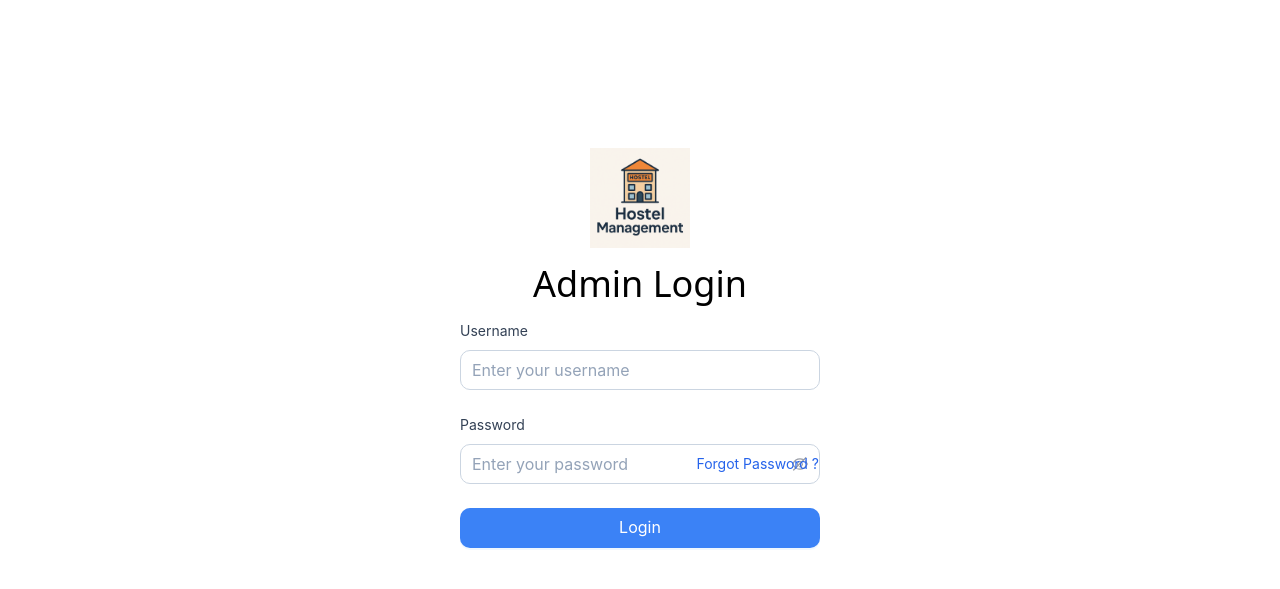
Repository: sujal984/Hostel-Management-System
Page: /Admin/login (app in frontend/)
The author's editor kept a copy of each file at every save. The page is drawn from the files as they stood at one save, then again after the next save.
The browser window is 1280 px wide. The pictures show the whole page.
The project was rebuilt for these pictures with package versions that can differ from the ones it lists, and the page was loaded fresh each time. Also part of the build but not shown: frontend/vite.config.js, frontend/src/components/ProtectedRoute.jsx, frontend/src/components/Acceptedapplication.jsx, frontend/src/components/AdminDashboard.jsx, frontend/src/components/StepForms.jsx, frontend/src/components/ApplicationForm.jsx, frontend/src/components/TrackStatus.jsx, frontend/src/components/Temporary.jsx and 3 more.

Above is the page before, as saved 2025-08-02 17:28:05.

After the next save:
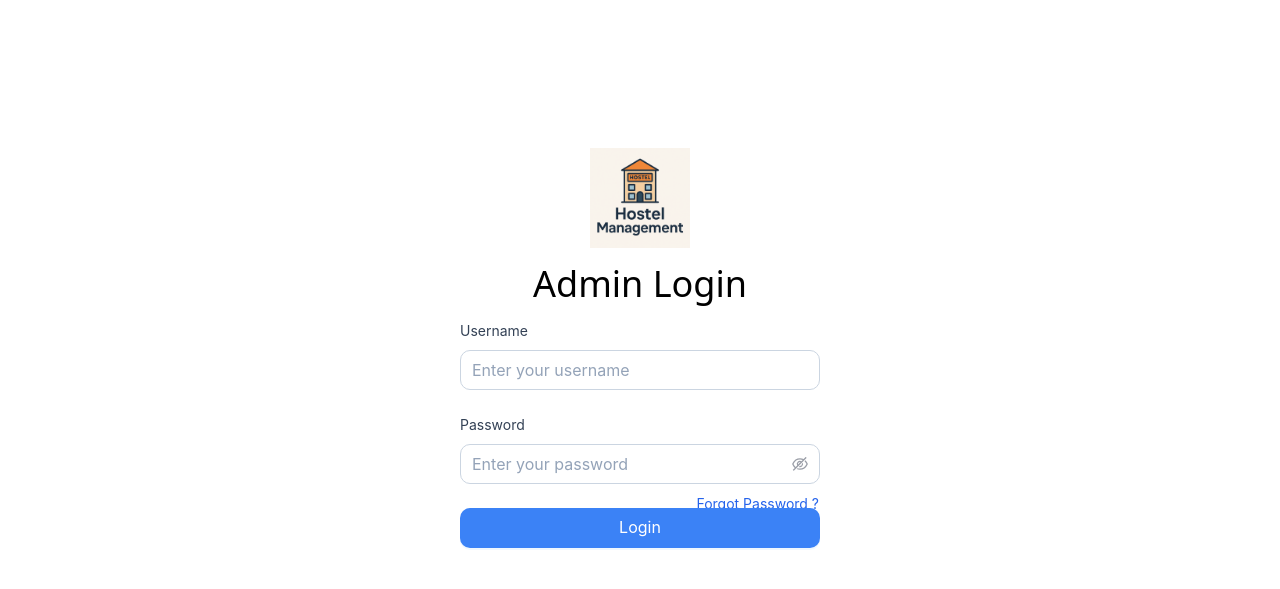
Saved 6 s later.
--- a/frontend/src/components/AdminLogin.jsx
+++ b/frontend/src/components/AdminLogin.jsx
@@ -103,7 +103,7 @@ function AdminLogin() {
                   <Button
                     type="link"
                     href={ROUTES.ForgotPassword}
-                    className="!absolute top-0 right-0 !pr-0 "
+                    className="!absolute top-10 right-0 !pr-0 "
                   >
                     Forgot Password ?
                   </Button>
